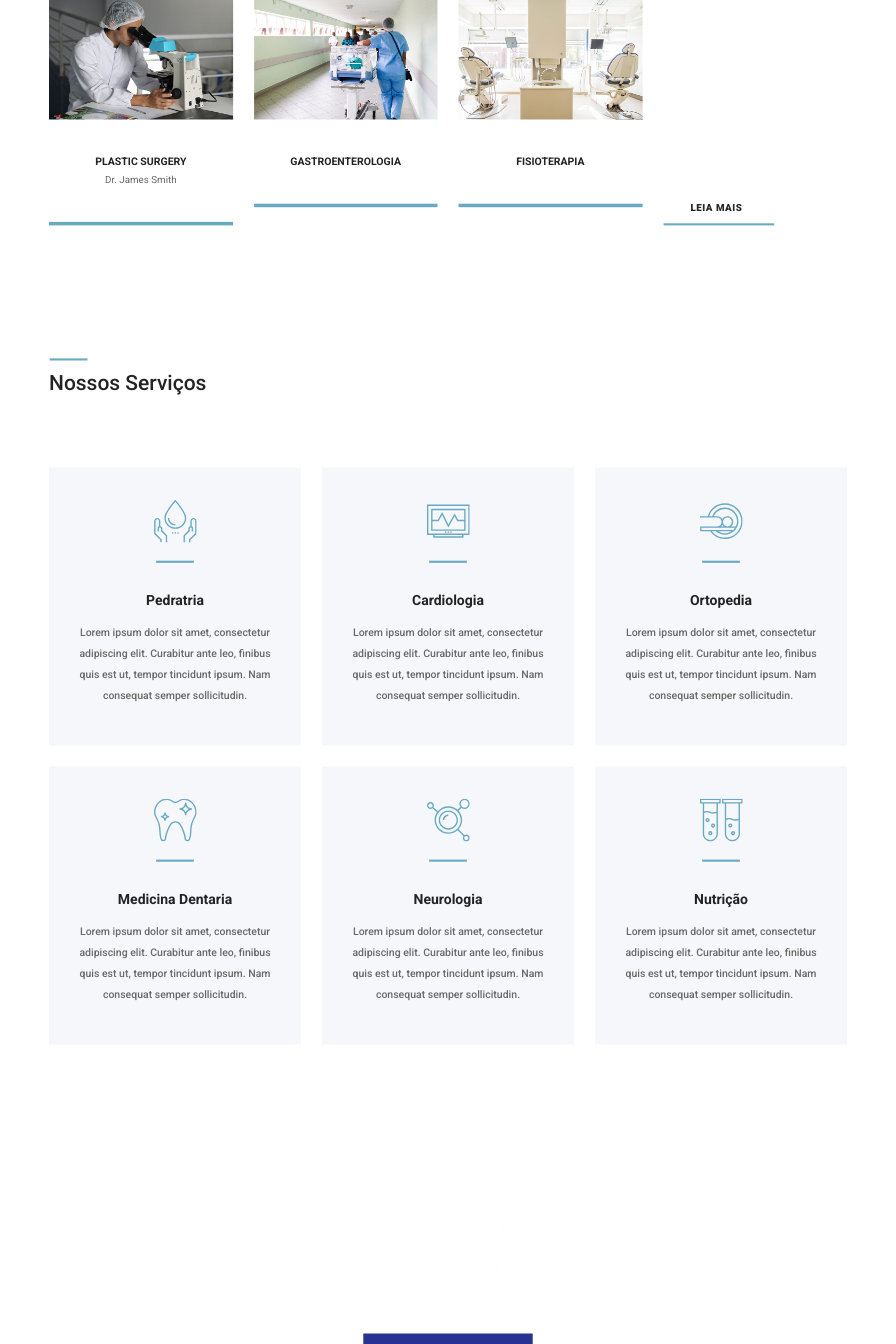
Repository: Nanitamo/centro-medico-eden-webpage
Page: index.html
The author's editor kept a copy of each file at every save. The page is drawn from the files as they stood at one save, then again after the next save.
The browser window is 1280 px wide. The pictures show the part of the page from y = 1390 to 3310 px (the page is 4028 px tall before and 4002 px after), at 70% of full size.

Above is the page before, as saved 2020-06-18 17:27:59.

After the next save:
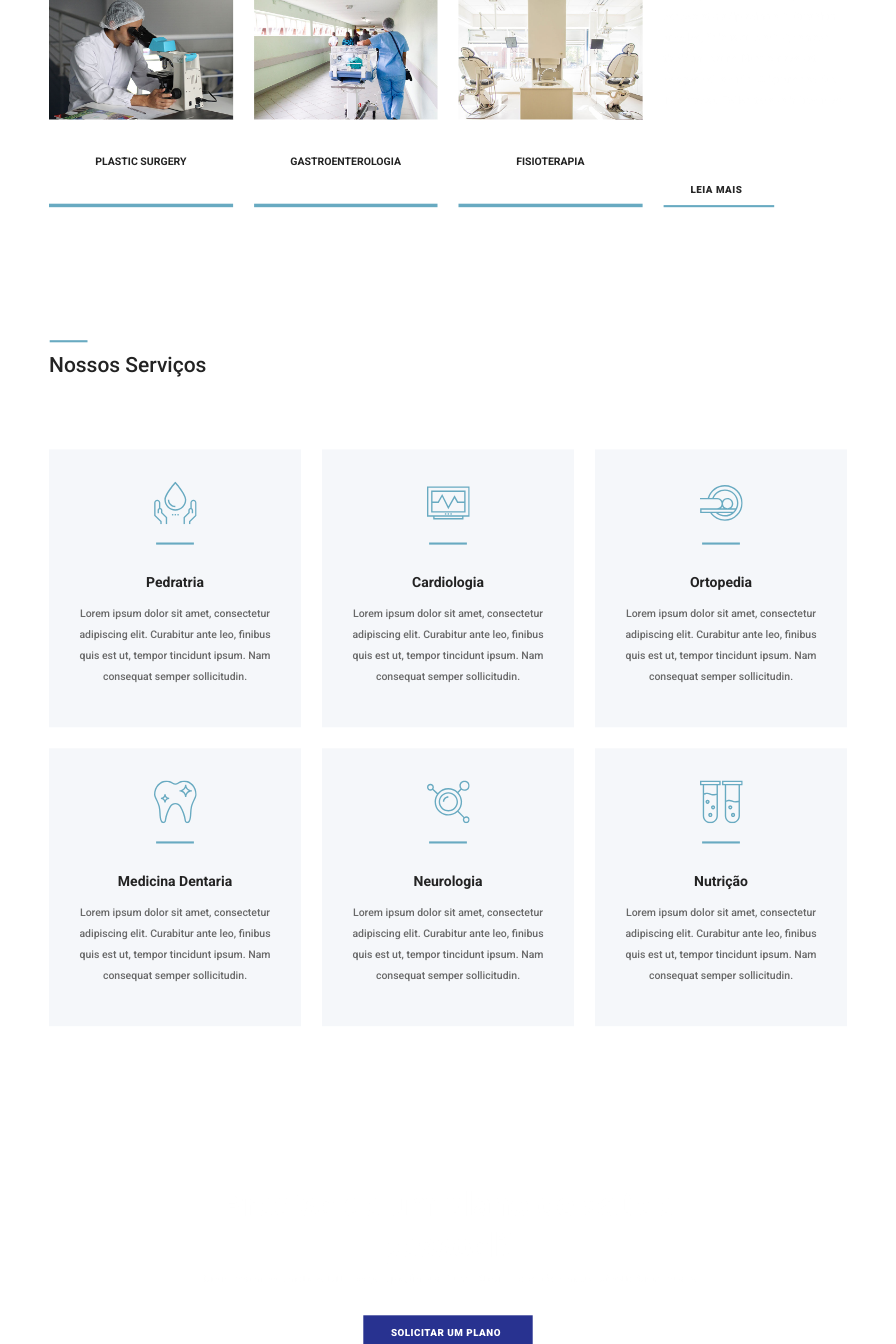
Saved 5 s later.
--- a/index.html
+++ b/index.html
@@ -292,7 +292,7 @@
 						<div class="dept_image"><img src="images/dept_1.jpg" alt=""></div>
 						<div class="dept_content text-center">
 							<div class="dept_title">plastic surgery</div>
-							<div class="dept_subtitle">Dr. James Smith</div>
+							<!-- <div class="dept_subtitle">Dr. James Smith</div> -->
 						</div>
 					</div>
 				</div>
